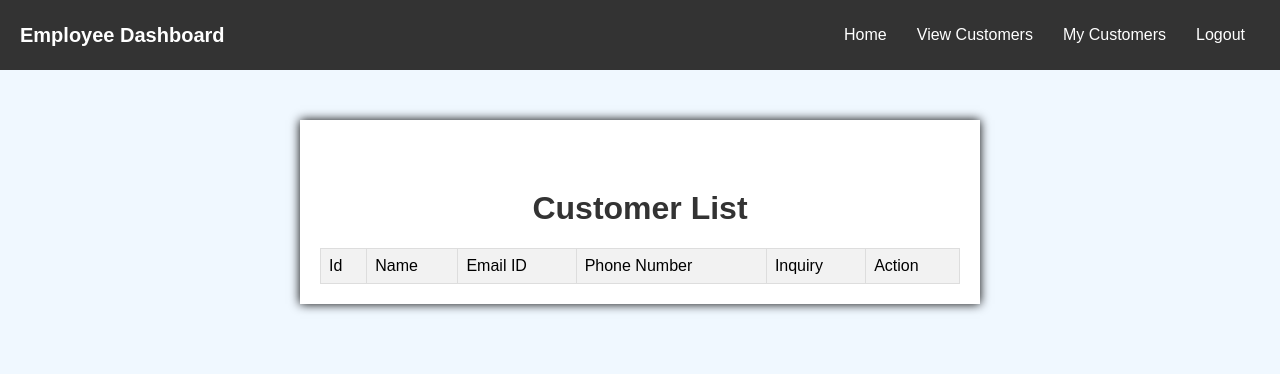
Repository: brijeshparmar2054/javaproject
Page: http://localhost/employee/dashboard
These files come from the project's save history. The page is drawn as it stood at one moment and after the next save; the edit follows.
The browser window is 1280 px wide. The pictures show the whole page.
The page is this project's Thymeleaf template; nobody is signed in. The template is opened directly, without the code that normally fills it, so the values that code supplies are empty.

Above is the page before, as saved 2024-06-22 12:12:21.

### cma/web-project/src/main/resources/templates/employee/dashboard.html
<!DOCTYPE html>
<html lang="en" xmlns:th="http://www.thymeleaf.org">
<head>
<meta charset="ISO-8859-1">
<title>Employee Dashboard</title>
<link rel="stylesheet" th:href="@{../css/style.css}" type="text/css">
</head>
<body>
	<!-- Navigation Bar -->
	<nav>
		<div class="logo">
			Employee Dashboard
		</div>
		<ul class="nav-links">
			<li><a th:href="@{/}">Home</a></li>
			<li><a th:href="@{/employee/dashboard}">View Customers</a></li>
			<li><a th:href="@{/employee/mycustomer}">My Customers</a></li>
			<li><a th:href="@{/}">Logout</a></li>
		</ul>
		<div class="burger">
			<div class="line1"></div>
			<div class="line2"></div>
			<div class="line3"></div>
		</div>
	</nav>

	<!-- Content -->
	<div class="container" id="dashboard">
    	<h1>Customer List</h1>
    	<table>
    		<thead>
    			<tr>
	    			<td>Id</td>
	    			<td>Name</td>
	    			<td>Email ID</td>
	    			<td>Phone Number</td>
	    			<td>Inquiry</td>
	    			<td>Action</td>
	    		</tr>
    		</thead>
    		<tbody>
    			<tr th:each="customerlist:${customerlist}">
    				<td th:text="${customerlist.id}"></td>
    				<td th:text="${customerlist.name}"></td>
    				<td th:text="${customerlist.email}"></td>
    				<td th:text="${customerlist.phone}"></td>
    				<td th:text="${customerlist.inquiry}"></td>
    				<td><a th:href="@{accept/{id}(id=${customerlist.id})}">Accept</a></td>
    			</tr>
    		</tbody>
    	</table>
    </div>
</body>
</html>

### cma/web-project/src/main/resources/static/css/style.css
@charset "ISO-8859-1";

/* General Styles */
body {
	font-family: Arial, sans-serif;
	background-color: #f0f8ff;
	margin: 0;
	padding: 0;
}

/* Navbar Styles */
nav {
	display: flex;
	justify-content: space-between;
	align-items: center;
	background-color: #333;
	padding: 10px 20px;
}

.nav-links {
	list-style: none;
	display: flex;
}

.nav-links li {
	margin: 0 15px;
}

.nav-links a {
	color: white;
	text-decoration: none;
	font-size: 16px;
	transition: color 0.3s ease;
}

.nav-links a:hover {
	color: #007bff;
}

.logo {
	color: white;
	font-size: 20px;
	font-weight: bold;
}

/* Burger Menu */
.burger {
	display: none;
	cursor: pointer;
}

.burger div {
	width: 25px;
	height: 3px;
	background-color: white;
	margin: 5px;
	transition: all 0.3s ease;
}

/* H1 Styles */
h1 {
	text-align: center;
	color: #333;
	margin-top: 50px;
}

/* Link Styles */
h1 a {
	display: inline-block;
	margin: 10px 0;
	padding: 10px 20px;
	text-decoration: none;
	color: white;
	background-color: #007bff;
	border-radius: 5px;
	transition: background-color 0.3s ease;
}

h1 a:hover {
	background-color: #0056b3;
}

/* Responsive Styles */
@media ( max-width : 768px) {
	.nav-links {
		display: none;
		flex-direction: column;
		width: 100%;
		position: absolute;
		top: 60px;
		left: -100%;
		background-color: #333;
		transition: all 0.3s ease;
	}
	.nav-links li {
		margin: 0;
	}
	.nav-links a {
		padding: 15px;
		width: 100%;
		box-sizing: border-box;
	}
	.burger {
		display: block;
	}
	.nav-active {
		left: 0;
	}
	.toggle .line1 {
		transform: rotate(-45deg) translate(-5px, 6px);
	}
	.toggle .line2 {
		opacity: 0;
	}
	.toggle .line3 {
		transform: rotate(45deg) translate(-5px, -6px);
	}
}

/* Form Styles */
.container {
	width: 50%;
	margin: 50px auto;
	background: white;
	padding: 20px;
	box-shadow: 0px 0px 10px 0px #000;
}

h1 {
	text-align: center;
	color: #333;
}

form {
	display: flex;
	flex-direction: column;
}

label {
	margin-bottom: 5px;
	color: #333;
}

input[type="text"], input[type="email"], input[type="password"],
	textarea {
	margin-bottom: 15px;
	padding: 10px;
	font-size: 16px;
	border: 1px solid #ccc;
	border-radius: 5px;
}

button {
	padding: 10px;
	font-size: 16px;
	background-color: #007bff;
	color: white;
	border: none;
	border-radius: 5px;
	cursor: pointer;
}

button:hover {
	background-color: #0056b3;
}

/* Table Styles */
table {
	width: 100%;
	border-collapse: collapse;
}

thead {
	background-color: #f2f2f2;
}

th, td {
	border: 1px solid #ddd;
	padding: 8px;
	text-align: left;
}

th {
	background-color: #4CAF50;
	color: white;
}

tr:nth-child(even) {
	background-color: #f2f2f2;
}

tr:hover {
	background-color: #ddd;
}

a {
	color: #007BFF;
	text-decoration: none;
}

a:hover {
	text-decoration: underline;
}

After the next save:
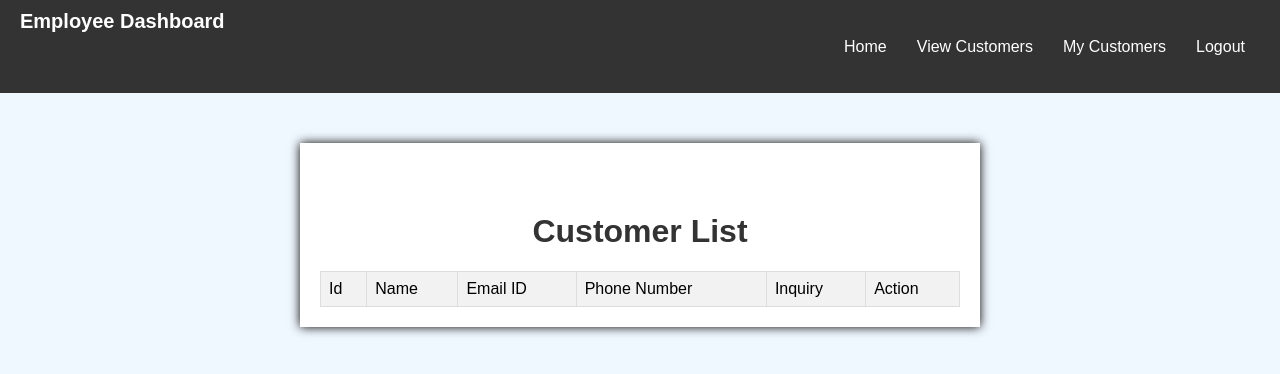
Saved 45 s later.
--- a/cma/web-project/src/main/resources/templates/employee/dashboard.html
+++ b/cma/web-project/src/main/resources/templates/employee/dashboard.html
@@ -9,7 +9,7 @@
 	<!-- Navigation Bar -->
 	<nav>
 		<div class="logo">
-			Employee Dashboard
+			Employee Dashboard<h1></h1>
 		</div>
 		<ul class="nav-links">
 			<li><a th:href="@{/}">Home</a></li>
